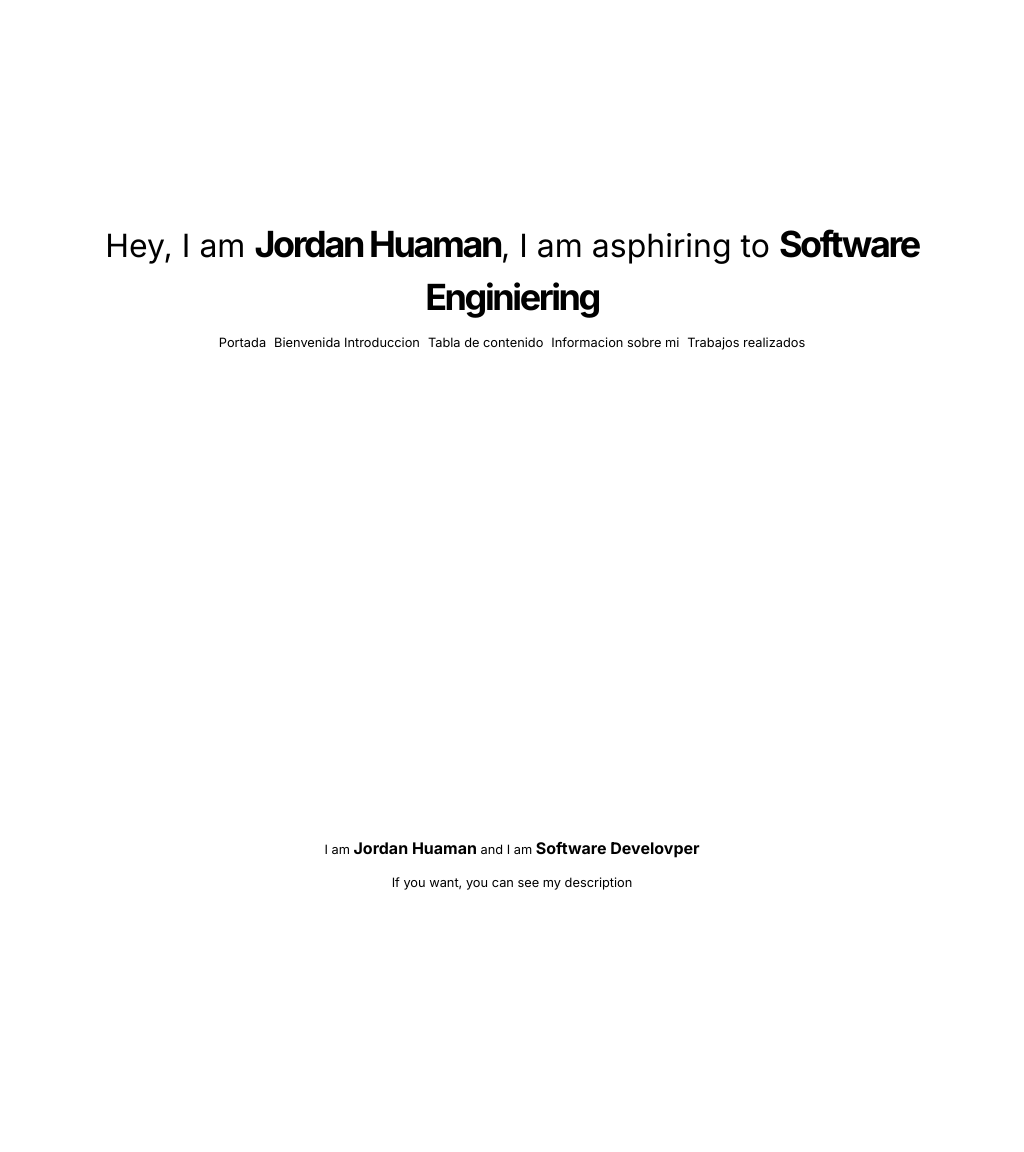
Repository: devsecops-node/portafolio-nextj-pages
Page: /
The author's editor kept a copy of each file at every save. The page is drawn from the files as they stood at one save, then again after the next save.
The browser window is 1280 px wide. The pictures show the whole page, at 80% of full size.
The project was rebuilt for these pictures with package versions that can differ from the ones it lists, and the page was loaded fresh each time. The framework's server and built-in components were replaced by stand-ins that run in the browser. Also part of the build but not shown: next.config.js, src/styles/transitionPage.module.css.

Above is the page before, as saved 2024-01-15 04:00:23.

### src/app/page.js
"use client"
import Dashboard from '@/components/Dashboard'
import Transition from '@/components/Transition'
import Image from 'next/image'
import { useEffect, useState } from 'react'

export default function Home() {
  const [showAnimation, setShowAnimation] = useState(true)

  useEffect(() => {
    console.log('Ejecutando')
    setTimeout(() => {
      setShowAnimation(false)
    }, 2000)
  }, [])
  return (
    <main className='h-[100vh]'>
      {showAnimation ? <Transition /> : <Dashboard />}
    </main>
  )
}

### src/components/Dashboard.jsx
import React from 'react'
import stles from "@/styles/dashboard.module.css"
import Portada from './Portada'
import { useRef } from 'react'

const Dashboard = () => {
  const portada = useRef(null)

  const scrollToPortada = () => {
    const portada = document.getElementById('portada')

    if (portada) {
      console.log('ejecutando id')
      portada.scrollIntoView({ behavior: 'smooth' })
    }
  }
  return (
    <section className={stles.home_view}>
      <div className='h-screen flex justify-center items-center flex-col'>
        <div className={stles.home_view_principal}>
          <p className={stles.animar_text} id='detec'> Hey, I am <span className="animacion-bolder">Jordan
            Huaman</span>, I am asphiring to <span className={stles.detect}>Software Enginiering</span>
          </p>
        </div>
        <div className={stles.home_view_links}>
          <a onClick={scrollToPortada} className={stles.animar_abajo}>
            <p>Portada</p>
          </a>
          <a href="" className={stles.animar_abajo}>
            <p>Bienvenida Introduccion</p>
          </a>
          <a href="" className={stles.animar_arriba}>
            <p>Tabla de contenido</p>
          </a><a href="" className={stles.animar_arriba}>
            <p>Informacion sobre mi</p>
          </a>
          <a href="" className={stles.animar_abajo}>
            <p>Trabajos realizados</p>
          </a>

        </div>
        <div>
        </div>
      </div>
      <div id='portada'>
      <Portada/>
      </div>
    </section>
  )
}

export default Dashboard

### src/components/Transition.jsx
import React from 'react'
import styles from "@/styles/transitionPage.module.css"

const Transition = () => {
  return (
    <div className={styles.home}>
      <main className=''>
        <p className={styles.text_1}>Jh</p>
        <p className={styles.text_2}>Jordan Huaman - Porfolio</p>
      </main>
      <footer>
        <p className={styles.text_3}>Software Engineerin - 2024</p>
      </footer>
    </div>
  )
}

export default Transition

### src/styles/dashboard.module.css
/* ? Home-view part */
.home_view {
  height: 100%;
}

.animar_text {
  animation: apper-2 2s;
  -webkit-animation: apper-2 2s;
}

.home_view_principal {
  width: 90%;
  margin: 0 auto;
}

.home_view_principal p {
  text-align: center;
  font-size: 40px;
}

.home_view_principal p span {
  font-size: 45px;
  letter-spacing: -3px;
  font-weight: bold;
}

.home_view_principal p span:hover .child {
  background-color: red;
}

@keyframes apper-2 {
  0% {
    opacity: 0;
    transform: translateY(-200px);
    -webkit-transform: translateY(-200px);
    -moz-transform: translateY(-200px);
    -ms-transform: translateY(-200px);
    -o-transform: translateY(-200px);
  }

  50% {
    opacity: 1;
    transform: translateY(-20px);
    -webkit-transform: translateY(-20px);
    -moz-transform: translateY(-20px);
    -ms-transform: translateY(-20px);
    -o-transform: translateY(-20px);
  }

  100% {
    opacity: 1;
    transform: translateY(0px);
    -webkit-transform: translateY(0px);
    -moz-transform: translateY(0px);
    -ms-transform: translateY(0px);
    -o-transform: translateY(0px);
  }
}

.home_view_links {
  display: flex;
  padding: 10px;
  justify-content: space-between;
  gap: 10px;
}

/* Line aniamtion */
.line-animation {
  display: inline;
  cursor: pointer;
  position: relative;
  /* padding: 5px; */
}

.line-animation::after {
  /* margin-top: 10px; */
  content: "";
  position: absolute;
  width: 100%;
  height: 3px;
  top: auto;
  bottom: 14px;
  left: -4px;
  transform: scaleX(0);
  box-shadow: 0 5px 0 black;
  transform-origin: bottom right;
  transition: transform 0.5s ease-out;
}

.line-animation:hover:after {
  transform: scaleX(1);
  transform-origin: bottom left;
}

.animacion-bolder {
  animation: animar-bold 2s linear alternate slidein;
  -webkit-animation: animar-bold 2s linear alternate slidein;
}

.animar_arriba{
  animation: apper-arriba 2s;
  -webkit-animation: apper-arriba 2s;
}
.animar_abajo{
  cursor: pointer;
  animation: apper-abajo 2s;
  -webkit-animation: apper-abajo 2s;

}

@keyframes apper-arriba {
  0% {
    opacity: 0;
    transform: translateY(200px);
    -webkit-transform: translateY(200px);
    -moz-transform: translateY(200px);
    -ms-transform: translateY(200px);
    -o-transform: translateY(200px);
}

  50% {
    opacity: 1;
    transform: translateY(-20px);
    -webkit-transform: translateY(-20px);
    -moz-transform: translateY(-20px);
    -ms-transform: translateY(-20px);
    -o-transform: translateY(-20px);
  }

  100% {
    opacity: 1;
    transform: translateY(0px);
    -webkit-transform: translateY(0px);
    -moz-transform: translateY(0px);
    -ms-transform: translateY(0px);
    -o-transform: translateY(0px);
  }
}
@keyframes apper-abajo {
  0% {
    opacity: 0;
    transform: translateY(-200px);
    -webkit-transform: translateY(-200px);
    -moz-transform: translateY(-200px);
    -ms-transform: translateY(-200px);
    -o-transform: translateY(-200px);
}

  50% {
    opacity: 1;
    transform: translateY(-20px);
    -webkit-transform: translateY(-20px);
    -moz-transform: translateY(-20px);
    -ms-transform: translateY(-20px);
    -o-transform: translateY(-20px);
  }

  100% {
    opacity: 1;
    transform: translateY(0px);
    -webkit-transform: translateY(0px);
    -moz-transform: translateY(0px);
    -ms-transform: translateY(0px);
    -o-transform: translateY(0px);
  }
}

@keyframes animar-bold {
  0% {
    opacity: 0;
  }

  100% {
    opacity: 1;
  }
}

### src/components/Portada.jsx
import React from 'react'

const Portada = () => {
  return (
    <div className='h-screen flex justify-center items-center'>
      <section className='flex justify-center flex-col items-center gap-4'>
        <p>I am <span className='text-[20px] font-bold'>Jordan Huaman</span> and I am <span className='text-[20px] font-bold'>Software Develovper</span></p>
        <p>If you want, you can see my description</p>
      </section>
    </div>
  )
}

export default Portada

Loaded but not shown: src/app/layout.js (common file); src/app/globals.css (common file); tailwind.config.js (common file)

After the next save:
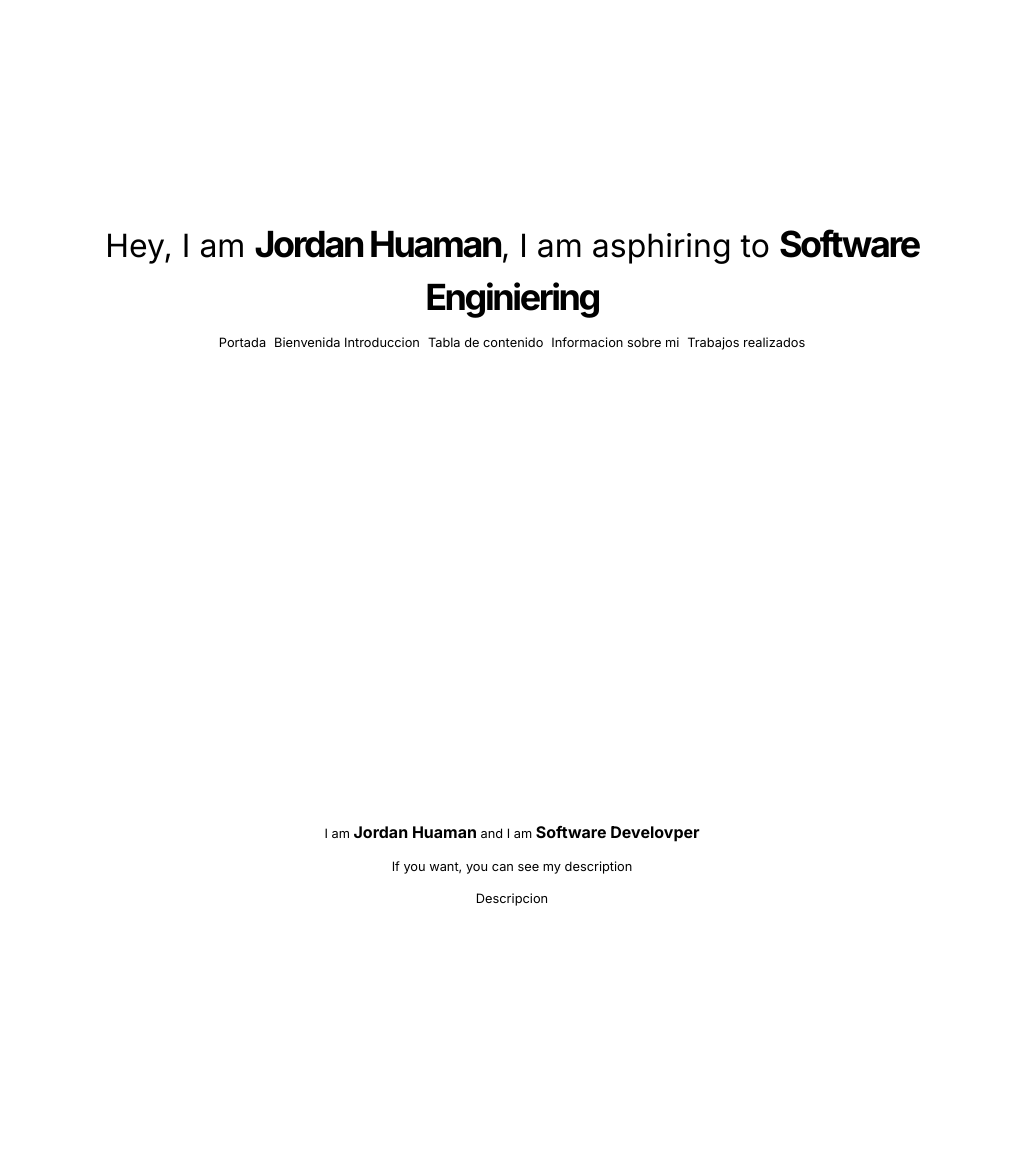
Saved 11 s later.
--- a/src/components/Portada.jsx
+++ b/src/components/Portada.jsx
@@ -6,6 +6,7 @@ const Portada = () => {
       <section className='flex justify-center flex-col items-center gap-4'>
         <p>I am <span className='text-[20px] font-bold'>Jordan Huaman</span> and I am <span className='text-[20px] font-bold'>Software Develovper</span></p>
         <p>If you want, you can see my description</p>
+        <button>Descripcion</button>
       </section>
     </div>
   )
